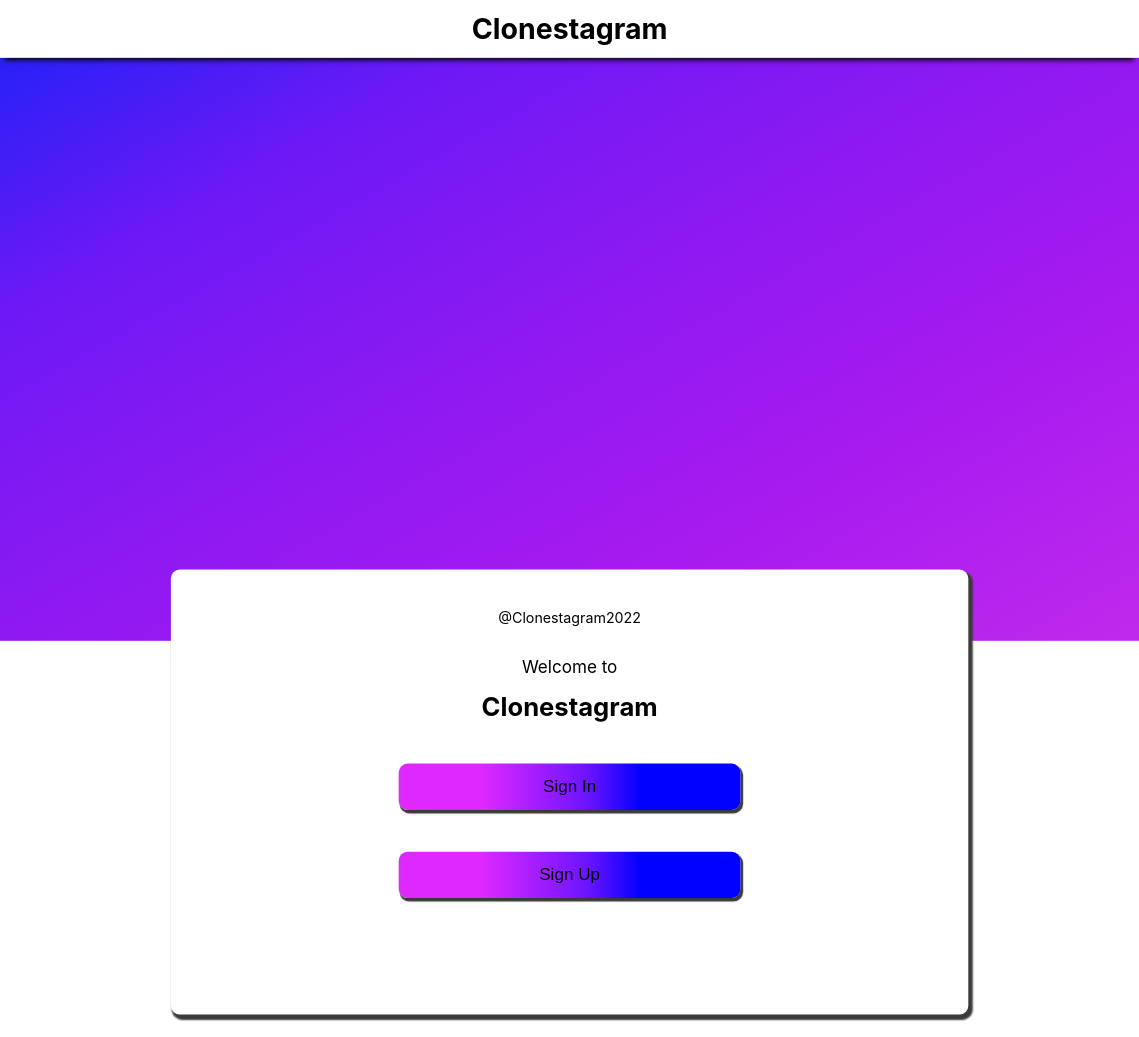
Repository: MikeMoore55/clonestagram
Page: /
An editor plug-in stored every save of this project. The page is shown before and after the next save, followed by the edit.
The browser window is 1280 px wide. The pictures show the whole page, at 89% of full size.
The project was rebuilt for these pictures with package versions that can differ from the ones it lists, and the page was loaded fresh each time. The framework's server and built-in components were replaced by stand-ins that run in the browser. Also part of the build but not shown: next.config.js.

Above is the page before, as saved 2022-11-18 08:35:55.

### pages/_app.jsx
import Layout from '../components/Layout/Layout';
import '../styles/globals.css';

export default function MyApp({ Component, pageProps }) {
  return (
    <Layout>
      <Component {...pageProps} />
    </Layout>
  );
};

### pages/index.jsx
import Head from 'next/head';
import Image from 'next/image';
import styles from '../styles/Home.module.css';
import Link from 'next/link';

export default function Home() {
  return (
    <div className={styles.container}>

      <div className={styles.greetingContainer}>
        <p>Welcome to</p>
        <h3>Clonestagram</h3>
        <div className={styles.btnsContainer}>
        <button className={styles.btn}>
          <Link href='/signin'>
            Sign In
          </Link>
        </button>

        <button className={styles.btn}>
          <Link href='/signup'>
            Sign Up
          </Link>
          </button>
        </div>
      </div>

      <div className={styles.backgroundFeature}>
        1
      </div>

      <div className={styles.bottomContainer}>
        <p>@Clonestagram2022</p>
      </div>
    </div>
  );
};

### components/Layout/Layout.jsx
import React from 'react';
import Header from './Header';

export default function Layout({children}) {
  return (
    <div id='Layout'>
      <Header />
      {children}
    </div>
  );
};

### styles/globals.css
html,
body {
  padding: 0;
  margin: 0;
  font-family: -apple-system, BlinkMacSystemFont, Segoe UI, Roboto, Oxygen,
    Ubuntu, Cantarell, Fira Sans, Droid Sans, Helvetica Neue, sans-serif;
}

a {
  color: inherit;
  text-decoration: none;
}

* {
  box-sizing: border-box;
}

@media (prefers-color-scheme: dark) {
  html {
    color-scheme: dark;
  }

  body {
    color: black;
    background: rgb(234, 233, 233);
  }
}

### styles/Home.module.css
.container {
    position: relative;
    padding-top: 20%;
}

.greetingContainer {
    position: relative;
    width: 70%;
    margin: 43% 15% 2% 15%;
    background-color: white;
    padding: 7% 5% 9% 5%;
    border-radius: 10px;
    box-shadow: 3px 4px 2px 2px rgb(58, 58, 58);
}

.greetingContainer p {
    position: relative;
    margin: 1%;
    padding: 0%;
    text-align: center;
    font-size: 1.2em;
}

.greetingContainer h3 {
    position: relative;
    margin: 2%;
    padding: 0%;
    text-align: center;
    font-size: 1.8em;
}

.btn {
    position: relative;
    width: 50%;
    margin: 4% 25% 2% 25%;
    background: rgb(223, 40, 255);
    background: linear-gradient(90deg, rgba(223, 40, 255, 1) 24%, rgba(109, 20, 255, 1) 55%, rgba(0, 1, 255, 1) 71%);
    border: none;
    border-radius: 10px;
    padding: 2%;
    font-size: 1.2em;
    box-shadow: 2px 3px 1px 1px rgb(58, 58, 58);
}

.btn:active {
    transform: scale(0.9);
}

.backgroundFeature {
    position: fixed;
    color: transparent;
    background-image: linear-gradient(to right bottom, #000bf8, #5e00f5, #8300f1, #a002ee, #b812eb);
    width: 100%;
    height: 100%;
    bottom: 0%;
    right: 0%;
    top: 0%;
    left: 0%;
    z-index: -1;
    opacity: 0.9;
}

.bottomContainer {
    position: fixed;
    bottom: 0%;
    left: 0%;
    right: 0%;
    width: 100%;
    text-align: center;
    color: black;
}

@media (min-width: 490px) {

    .container {
        position: relative;
        padding-top: 15%;
    }

    .greetingContainer {
        position: relative;
        width: 70%;
        margin: 35% 15% 2% 15%;
        background-color: white;
        padding: 7% 5% 9% 5%;
        border-radius: 10px;
        box-shadow: 3px 4px 2px 2px rgb(58, 58, 58);
    }

    .greetingContainer p {
        position: relative;
        margin: 1%;
        padding: 0%;
        text-align: center;
        font-size: 1.2em;
    }

    .greetingContainer h3 {
        position: relative;
        margin: 2%;
        padding: 0%;
        text-align: center;
        font-size: 1.8em;
    }

    .btn {
        position: relative;
        width: 50%;
        margin: 4% 25% 2% 25%;
        background: rgb(223, 40, 255);
        background: linear-gradient(90deg, rgba(223, 40, 255, 1) 24%, rgba(109, 20, 255, 1) 55%, rgba(0, 1, 255, 1) 71%);
        border: none;
        border-radius: 10px;
        padding: 2%;
        font-size: 1.2em;
        box-shadow: 2px 3px 1px 1px rgb(58, 58, 58);
    }

    .btn:active {
        transform: scale(0.9);
    }

    .backgroundFeature {
        position: fixed;
        color: transparent;
        background-image: linear-gradient(to right bottom, #000bf8, #5e00f5, #8300f1, #a002ee, #b812eb);
        width: 100%;
        height: 100%;
        bottom: 0%;
        right: 0%;
        top: 0%;
        left: 0%;
        z-index: -1;
        opacity: 0.9;
    }

    .bottomContainer {
        position: fixed;
        bottom: 0%;
        left: 0%;
        right: 0%;
        width: 100%;
        text-align: center;
        color: black;
    }

}

@media (min-width: 1000px) {}

### components/Layout/Header.jsx
import React from 'react';
import styles from '../../styles/Header.module.css';

export default function Header() {
    return (
        <header className={styles.header}>
            <h1>Clonestagram</h1>
        </header>
    );
};

### styles/Header.module.css
.header {
    position: fixed;
    top: 0%;
    left: 0%;
    right: 0%;
    width: 100%;
    text-align: center;
    background-color: white;
    box-shadow: 0 8px 6px -6px black;
    z-index: 5;
    margin: 0%;
    padding: 3.5%;
}

.header h1 {
    margin: 0%;
    padding: 0%;
}


@media (min-width: 490px) {
    .header {
        padding: 3%;
    }

    .header h1 {
        font-size: 2.7em;
    }
}

@media (min-width: 1000px) {
    .header {
        padding: 1%;
    }

    .header h1 {
        font-size: 2em;
    }
}

After the next save:
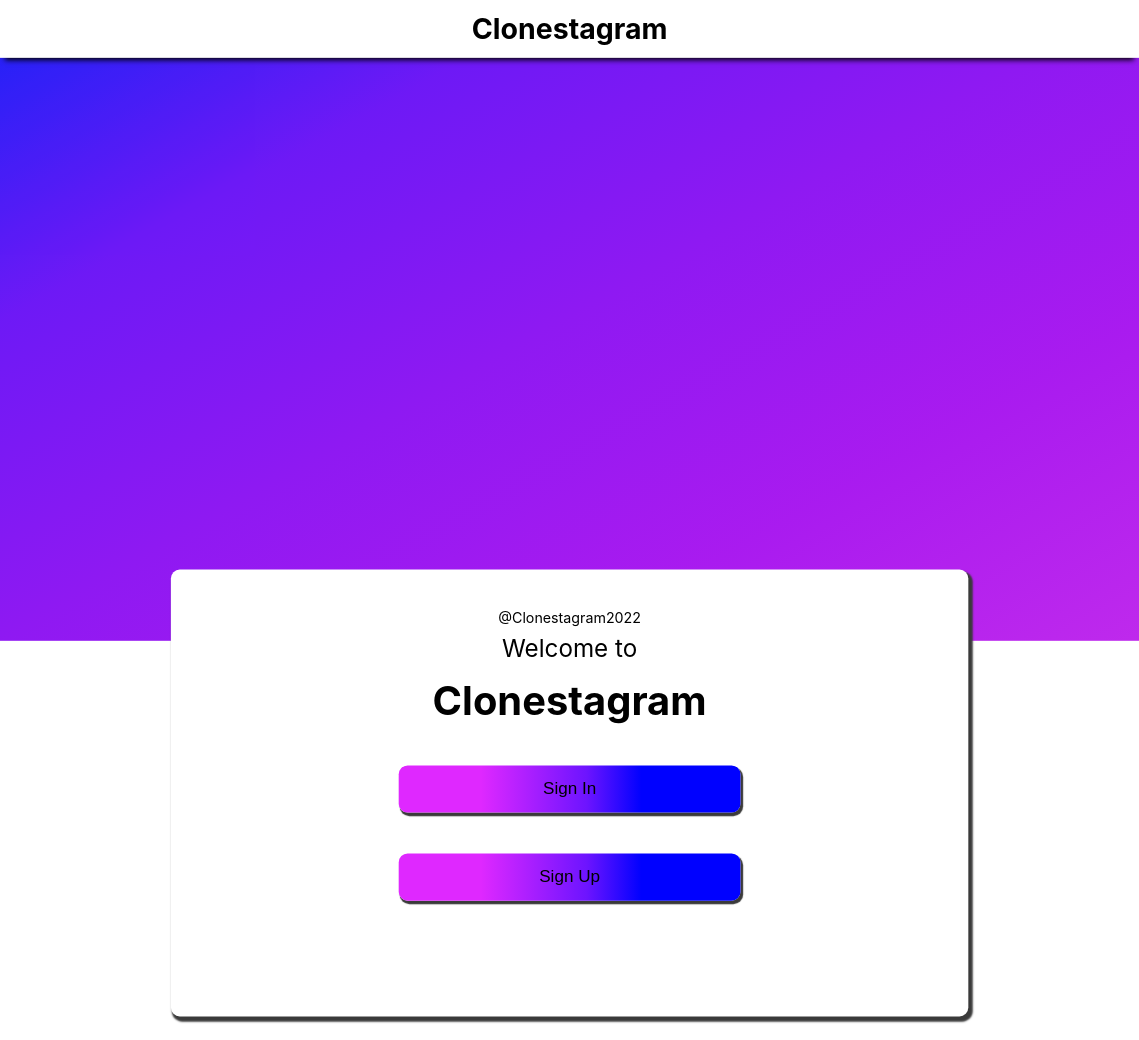
Saved 21 s later.
--- a/styles/Home.module.css
+++ b/styles/Home.module.css
@@ -82,7 +82,7 @@
         width: 70%;
         margin: 35% 15% 2% 15%;
         background-color: white;
-        padding: 7% 5% 9% 5%;
+        padding: 5% 5% 9% 5%;
         border-radius: 10px;
         box-shadow: 3px 4px 2px 2px rgb(58, 58, 58);
     }
@@ -92,7 +92,7 @@
         margin: 1%;
         padding: 0%;
         text-align: center;
-        font-size: 1.2em;
+        font-size: 1.7em;
     }
 
     .greetingContainer h3 {
@@ -100,7 +100,7 @@
         margin: 2%;
         padding: 0%;
         text-align: center;
-        font-size: 1.8em;
+        font-size: 2.8em;
     }
 
     .btn {
